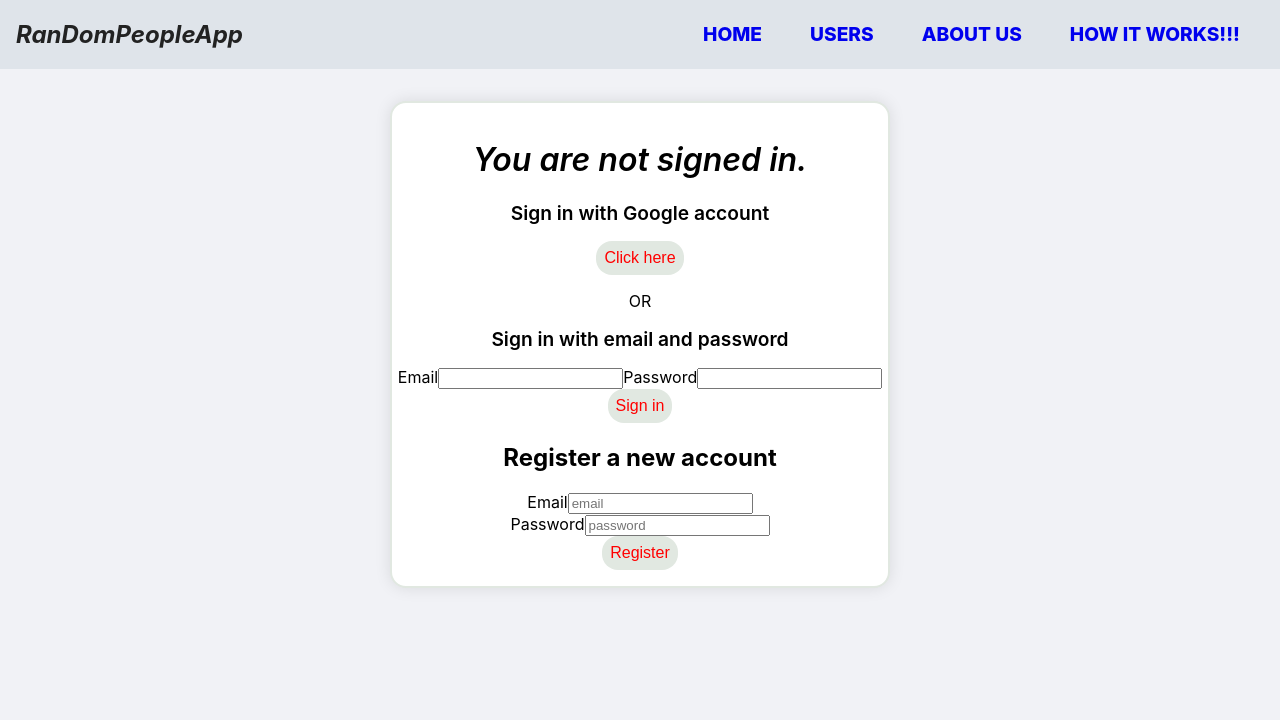
Repository: MikkyPrestige/RandomProfiles
Page: /profile
These files come from the project's save history. The page is drawn as it stood at one moment and after the next save; the edit follows.
The browser window is 1280 px wide. The pictures show the whole page.
The page's requests for data from a server got no answer. The project was rebuilt for these pictures with package versions that can differ from the ones it lists, and the page was loaded fresh each time. Some packages were replaced by stand-ins written for this rebuild. No one was signed in, and anything a server would have sent is missing. Also part of the build but not shown: src/assets/styles/home.css, src/components/avatar.jsx, src/components/home.jsx, src/assets/styles/users.css, src/components/users.jsx, src/assets/styles/search.css, src/components/search.jsx, src/assets/styles/help.css and 6 more.

Above is the page before, as saved 2022-11-30 03:33:22.

After the next save:
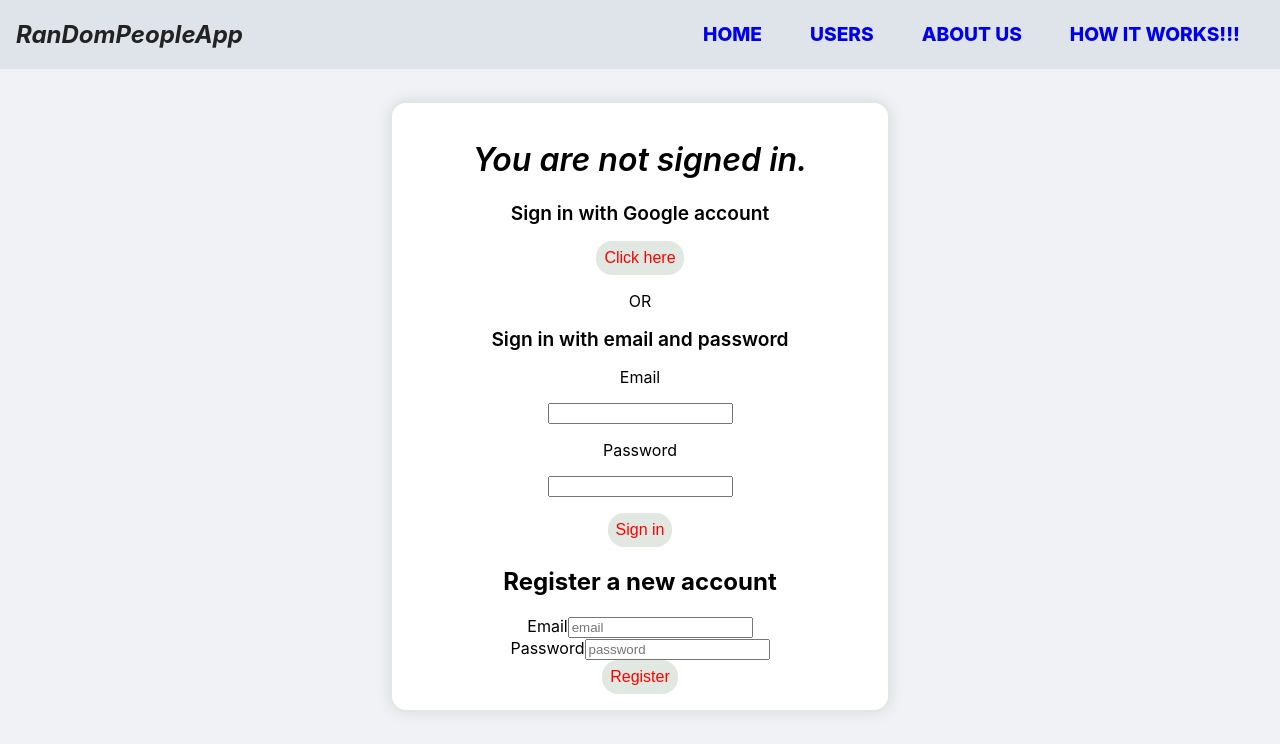
Saved 97 s later.
--- a/src/assets/styles/profile.css
+++ b/src/assets/styles/profile.css
@@ -78,3 +78,12 @@
   text-align: center;
   margin-bottom: 1rem;
 }
+
+.profile__form {
+  display: flex;
+  flex-direction: column;
+  justify-content: center;
+  align-items: center;
+  gap: 1rem;
+  width: 100%;
+}
